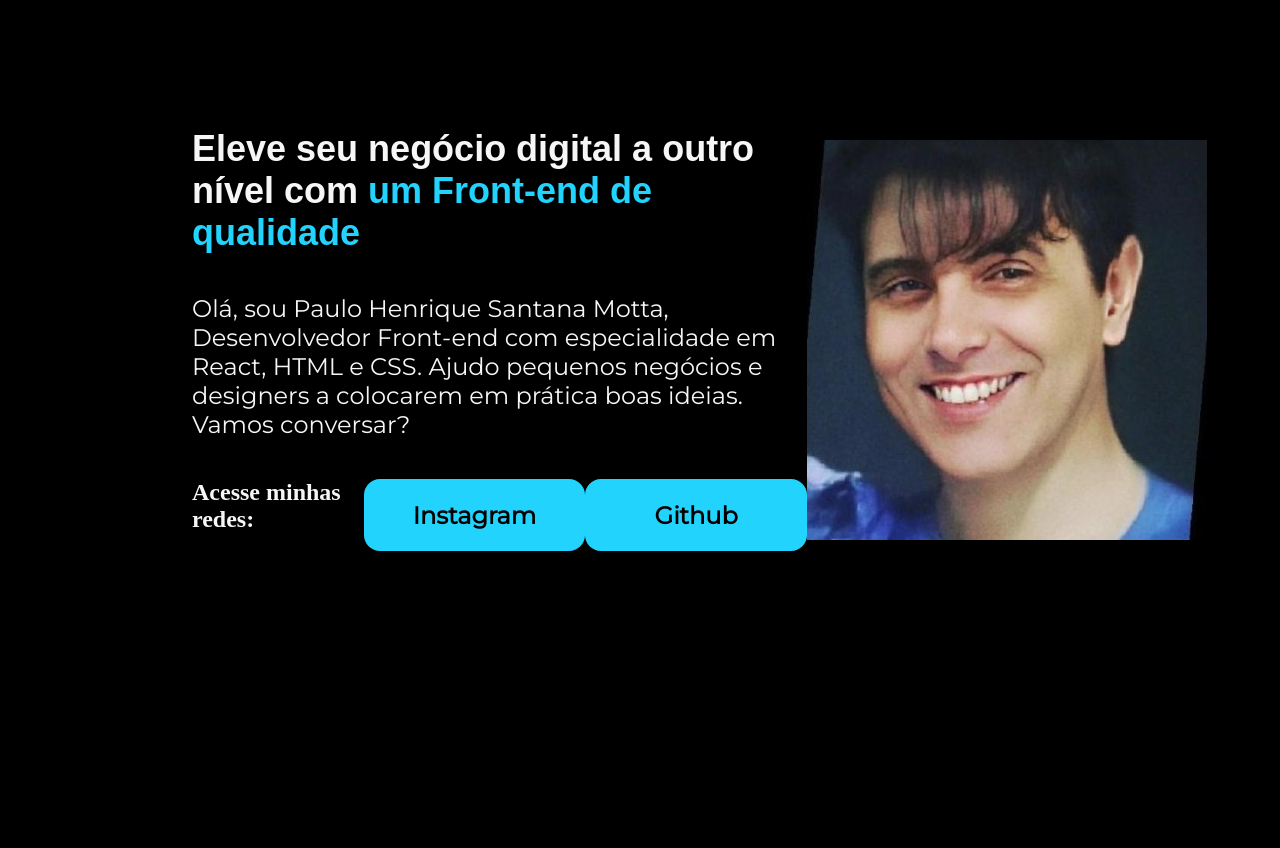
Repository: phsmottanerd/projeto-portfolio-alura
Page: index.html
The author's editor kept a copy of each file at every save. The page is drawn from the files as they stood at one save, then again after the next save.
The browser window is 1280 px wide. The pictures show the whole page.
Some web fonts or font styles are not loaded; a fallback is used.

Above is the page before, as saved 2025-01-25 03:19:19.

### index.html
<!DOCTYPE html>
<html lang="pt-br">
  <head>
    <meta charset="UTF-8" />
    <meta name="viewport" content="width=device-width, initial-scale=1.0" />
    <link rel="stylesheet" href="./style.css" />
    <title>Portfólio</title>
  </head>
  <body>
    <header></header>
    <main class="apresentacao">
      <section class="apresentacao__conteudo">
        <h1 class="apresentacao__conteudo__titulo">
          Eleve seu negócio digital a outro nível com
          <strong class="titulo-destaque">
            um Front-end de qualidade</strong
          >
        </h1>
        <p class="apresentacao__conteudo__texto">
          Olá, sou Paulo Henrique Santana Motta, Desenvolvedor Front-end com
          especialidade em React, HTML e CSS. Ajudo pequenos negócios e
          designers a colocarem em prática boas ideias. Vamos conversar?
        </p>
        <div class="apresentacao__links">
          <h2 class="apresentacao__conteudo__titulo__subtitulo">Acesse  minhas redes:</h2>
          <a class="apresentacao__links__link" href="">Instagram</a>
          <a
            class="apresentacao__links__link"href="https://github.com/phsmottanerd?tab=repositories"
            >Github</a
          >
        </div>
      </section>
      <img src="./img/1722867171561.jpg" alt="imagem-foto" />
    </main>
    <footer></footer>
  </body>
</html>

### style.css
@import url("https://fonts.googleapis.com/css2?family=Krona+One&family=Montserrat&display=swap");

* {
  margin: 0;
  padding: 0;
  box-sizing: border-box;
}

body {
  height: 100vh;
  background-color: black;
  color: #f6f6f6;
}

.titulo-destaque {
  color: #22d4fd;
}

.apresentacao {
  margin: 10% 15%;
  display: flex;
  align-items: center;
  justify-content: space-between;
}

.apresentacao__conteudo {
  width: 615px;
  display: flex;
  flex-direction: column;
  gap: 40px;
}

.apresentacao__conteudo__titulo {
  font-size: 36px;
  font-family: "Krona One", sans-serif;
}

.apresentacao__conteudo__texto {
  font-size: 24px;
  font-family: "Montserrat", sans-serif;
}

.apresentacao__links {
  display: flex;
  justify-content: space-between;
}

.apresentacao__links__link {
  background-color: #22d4fd;
  width: 280px;
  text-align: center;
  border-radius: 16px;
  font-size: 24px;
  font-weight: 600;
  padding: 21.5px 0;
  text-decoration: none;
  color: #000000;
  font-family: "Montserrat", sans-serif;
}

After the next save:
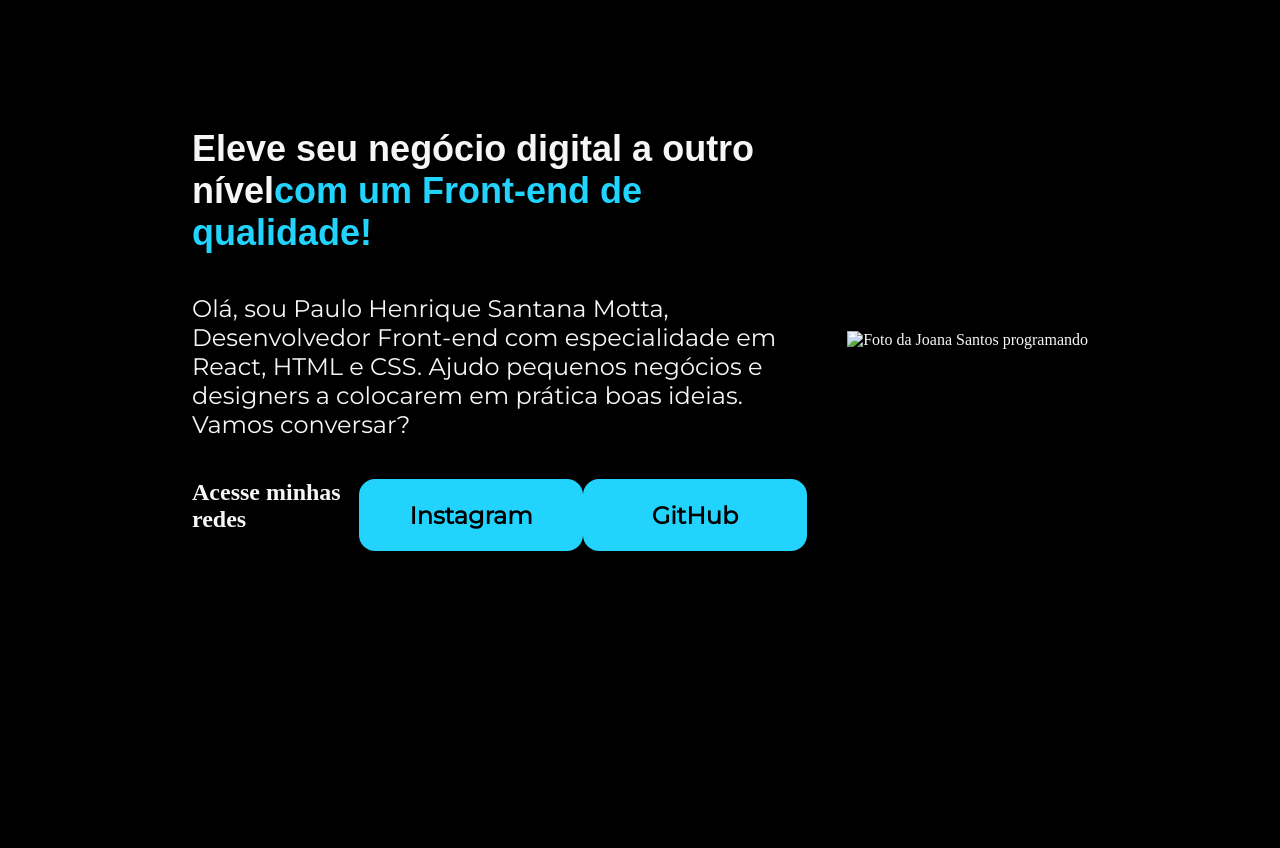
Not found: imagem.png
Saved 2 min 26 s later.
--- a/index.html
+++ b/index.html
@@ -1,37 +1,33 @@
 <!DOCTYPE html>
 <html lang="pt-br">
-  <head>
-    <meta charset="UTF-8" />
-    <meta name="viewport" content="width=device-width, initial-scale=1.0" />
-    <link rel="stylesheet" href="./style.css" />
-    <title>Portfólio</title>
-  </head>
-  <body>
+
+<head>
+    <meta charset="UTF-8">
+    <meta http-equiv="X-UA-Compatible" content="IE=edge">
+    <meta name="viewport" content="width=device-width, initial-scale=1.0">
+    <title>Portifolio</title>
+    <link rel="stylesheet" href="style.css">
+</head>
+
+<body>
     <header></header>
     <main class="apresentacao">
-      <section class="apresentacao__conteudo">
-        <h1 class="apresentacao__conteudo__titulo">
-          Eleve seu negócio digital a outro nível com
-          <strong class="titulo-destaque">
-            um Front-end de qualidade</strong
-          >
-        </h1>
-        <p class="apresentacao__conteudo__texto">
-          Olá, sou Paulo Henrique Santana Motta, Desenvolvedor Front-end com
-          especialidade em React, HTML e CSS. Ajudo pequenos negócios e
-          designers a colocarem em prática boas ideias. Vamos conversar?
-        </p>
-        <div class="apresentacao__links">
-          <h2 class="apresentacao__conteudo__titulo__subtitulo">Acesse  minhas redes:</h2>
-          <a class="apresentacao__links__link" href="">Instagram</a>
-          <a
-            class="apresentacao__links__link"href="https://github.com/phsmottanerd?tab=repositories"
-            >Github</a
-          >
-        </div>
-      </section>
-      <img src="./img/1722867171561.jpg" alt="imagem-foto" />
+        <section class="apresentacao__conteudo">
+            <h1 class="apresentacao__conteudo__titulo">Eleve seu negócio digital a outro nível<strong
+            class="titulo-destaque">com um Front-end de qualidade!
+            </strong></h1>
+            <p class="apresentacao__conteudo__texto"> Olá, sou Paulo Henrique Santana Motta, Desenvolvedor Front-end com
+              especialidade em React, HTML e CSS. Ajudo pequenos negócios e
+              designers a colocarem em prática boas ideias. Vamos conversar?</p>
+            <div class="apresentacao__links">
+                <h2 class="apresentacao__links__subtitulo">Acesse minhas redes</h2>
+                <a class="apresentacao__links__link" href="https://instagram.com/rafaballerini">Instagram</a>
+                <a class="apresentacao__links__link" href="https://github.com/guilhermeonrails">GitHub</a>
+            </div>
+        </section>
+        <img src="imagem.png" alt="Foto da Joana Santos programando">
     </main>
     <footer></footer>
-  </body>
+</body>
+
 </html>
